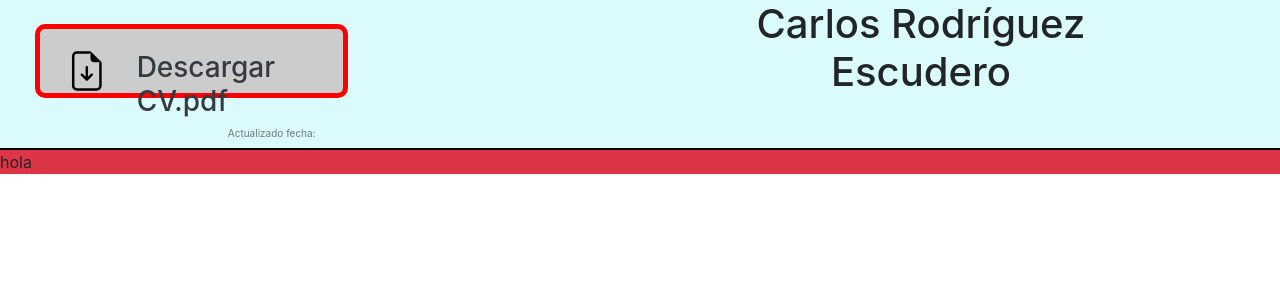
Repository: CarlosRoEs/CarlosWebCV
Page: index.html
The author's editor kept a copy of each file at every save. The page is drawn from the files as they stood at one save, then again after a run of saves.
The browser window is 1280 px wide. The pictures show the whole page.
The style sheet was rebuilt from its Sass, Less or Tailwind sources for each picture, by a compiler version that may differ from the author's.

Above is the page before, as saved 2020-09-15 16:14:37.

### index.html
<!DOCTYPE html>
<html lang="es">

<head>
    <meta charset="UTF-8">
    <meta name="viewport" content="width=device-width, initial-scale=1.0">
    <title>Carlos Rodríguez</title>
    <link rel="stylesheet" href="bootstrap/css/bootstrap.min.css">
    <link rel="stylesheet" href="Sass/dist/header.css">
</head>

<body>

    <div class="container-fluid">
        <div id="row-header" class="row">
            <header id="header" class="col-12 d-flex flex-row flex-wrap">
                <button id="header-button" type="button"
                    class="btn btn-secondary col-3 d-flex flex-row flex flex-wrap mt-4" data-toggle="tooltip"
                    data-placement="top" title="Descargar PDF">
                    <svg width="40px" height="40px" viewBox="0 0 16 16" class="bi bi-file-earmark-arrow-down col-3 mt-3"
                        fill="dark" xmlns="http://www.w3.org/2000/svg">
                        <path
                            d="M4 0h5.5v1H4a1 1 0 0 0-1 1v12a1 1 0 0 0 1 1h8a1 1 0 0 0 1-1V4.5h1V14a2 2 0 0 1-2 2H4a2 2 0 0 1-2-2V2a2 2 0 0 1 2-2z" />
                        <path d="M9.5 3V0L14 4.5h-3A1.5 1.5 0 0 1 9.5 3z" />
                        <path fill-rule="evenodd"
                            d="M8 6a.5.5 0 0 1 .5.5v3.793l1.146-1.147a.5.5 0 0 1 .708.708l-2 2a.5.5 0 0 1-.708 0l-2-2a.5.5 0 1 1 .708-.708L7.5 10.293V6.5A.5.5 0 0 1 8 6z" />
                    </svg>
                    <h3 id="h3-header" class="col-9 mt-3 text-left text-dark">Descargar CV.pdf</h3>
                    <p class="col-12 text-right text-black-50">Actualizado fecha:</p>
                    </button>
                    <div class="col-8">
                        <h1 class="mr-5 align-items-center">Carlos Rodríguez Escudero</h1>
                    </div>
                </header>
            </div>

        <div class="row bg-danger">
            hola
        </div>

    </div>
    <!-- <script>
        $(function () {
            $('[data-toggle="tooltip"]').tooltip()
        })
    </script> -->

    <script type="text/javascript" src="jquery/jquery-3.5.1.min.js"></script>
    <script type="text/javascript" src="bootstrap/js/bootstrap.min.js"></script>
</body>

</html>

### Sass/header.scss
* {
    margin: 0px;
    padding: 0px;
}


#header {
    height: 150px;
    text-align: center;
    border-bottom: 2px solid black;
    background-color: rgba(175, 244, 247, 0.446);

    h1{
        margin-left: 45%;
    }
}

#header-button {
    margin-left: 20px;
    width: 50%;
    height: 50%;
    background-color: #ccc;
    border: 5px solid red;
    border-radius: 10px;
    font-size: 10px;
}

Loaded but not shown: bootstrap/css/bootstrap.min.css (library); jquery/jquery-3.5.1.min.js (library); bootstrap/js/bootstrap.min.js (library)

After the next 6 saves:
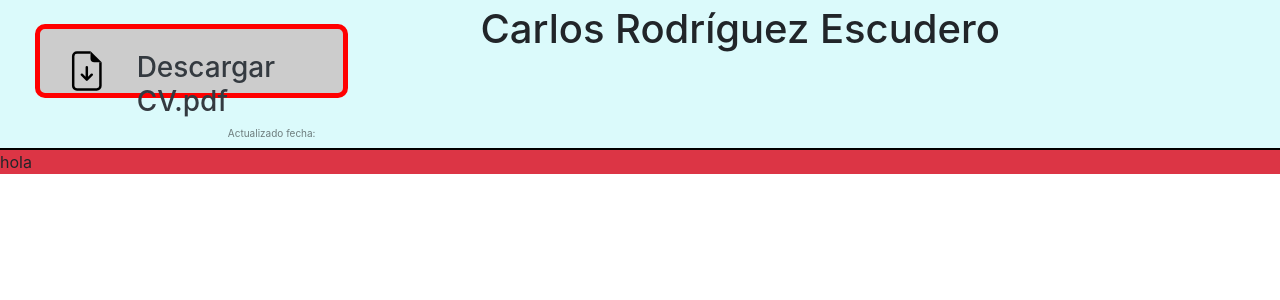
The 6 saves are shown as one change because they came seconds apart.
The last was saved 21 s later.
--- a/Sass/header.scss
+++ b/Sass/header.scss
@@ -11,7 +11,7 @@
     background-color: rgba(175, 244, 247, 0.446);
 
     h1{
-        margin-left: 45%;
+        margin-top: 4.5px;
     }
 }
 
